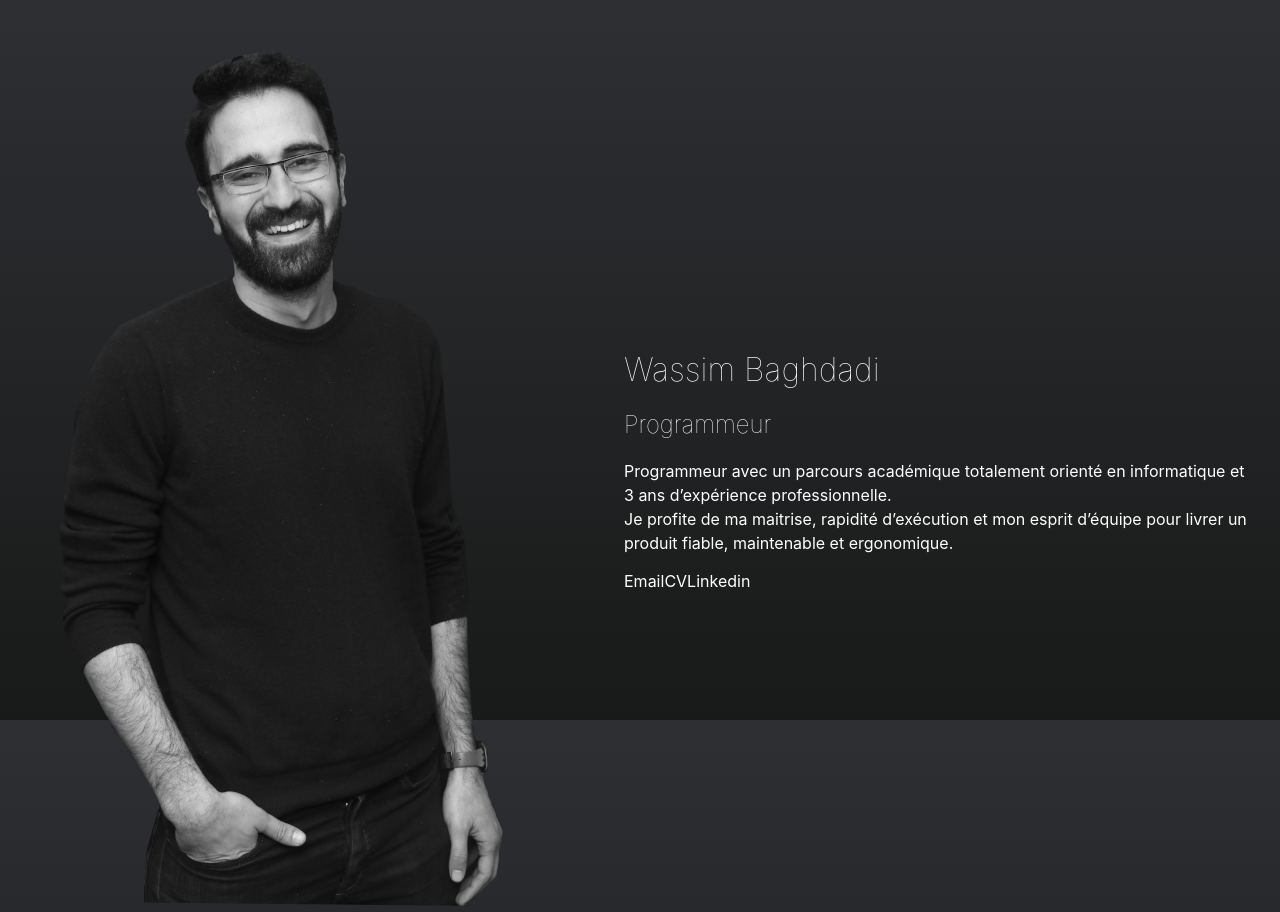
Repository: vvassim-baghdadi/wassimbaghdadi
Page: /
These files come from the project's save history. The page is drawn as it stood at one moment and after the next save; the edit follows.
The browser window is 1280 px wide. The pictures show the whole page.
The project was rebuilt for these pictures with package versions that can differ from the ones it lists, and the page was loaded fresh each time. The framework's server and built-in components were replaced by stand-ins that run in the browser. Also part of the build but not shown: next.config.js.

Above is the page before, as saved 2023-01-18 12:17:56.

### src/pages/index.tsx
import Head from 'next/head'
import Image from 'next/image'
import { Inter } from '@next/font/google'
import styles from '../styles/Home.module.css'

const inter = Inter({ subsets: ['latin'] })

export default function Home() {
  return (
    <>
      <Head>
        <title>Wassim Baghdadi</title>
        <meta name="description" content="Generated by create next app" />
        <meta name="viewport" content="width=device-width, initial-scale=1" />
        <link rel="icon" href="/favicon.ico" />
      </Head>
      <main>
        <div className={styles.content}>
        <div className={styles['image-container']}>
          <img
            srcSet="
              /assets/images/wassim-baghdadi/wassim-baghdadi-600x900.png 600w,
              /assets/images/wassim-baghdadi/wassim-baghdadi-200x300.png 200w
            "
            sizes="(max-width: 600px) 200px, 600px"
            src="/assets/images/wassim baghdadi/Wassim Baghdadi 600x900.png"
            loading="lazy"
            alt="Wassim Baghdadi Photo"
          />
        </div>
        <div className={styles.info}>
          <h1>Wassim Baghdadi</h1>
          <h2>Programmeur</h2>
          <p>
            Programmeur avec un parcours académique totalement orienté en
            informatique et 3 ans d’expérience professionnelle.
            <br />
            Je profite de ma maitrise, rapidité d’exécution et mon esprit
            d’équipe pour livrer un produit fiable, maintenable et ergonomique.
          </p>
          <div className="links">
            <a
              className="button"
              href="mailto:vvassim.baghdadi@gmail.com"
              download
              target="_blank"
              >Email</a
            ><a
              className="button"
              href="./assets/files/CV-Wassim Baghdadi.pdf"
              download
              target="_blank"
              >CV</a
            >
            <a
              className="button"
              href="https://www.linkedin.com/in/wassim-baghdadi-7459b210a/"
              >Linkedin</a
            >
          </div>
        </div>
      </div>

      </main>
    </>
  )
}

### src/styles/globals.css
html {
  width: 100%;
  height: 100%;
  background-color: black;
  background-image: linear-gradient(180deg, #2e2f33 0%, #181a19 100%);
}
body {
  color: white;
  font-family: -apple-system, BlinkMacSystemFont, "Segoe UI", "Ubuntu", "Roboto",
    "Oxygen", "Helvetica Neue", Arial, sans-serif;
}
main {
  display: flex;
  justify-content: center;
}
h1,
h2 {
  font-weight: lighter;
}
a {
  color: white;
  text-decoration: none;
}
p {
  line-height: 1.5;
}

### src/styles/Home.module.css
/* Custom elements */
.button {
  text-transform: uppercase;
  padding: 0.5rem;
  border: 1px solid white;
  width: fit-content;
}
.content {
  display: flex;
}
@media screen and (max-width: 599px) {
  .content {
    flex-direction: column;
    justify-content: center;
  }
  .image-container {
    display: flex;
    justify-content: center;
  }
}
@media screen and (min-width: 600px) {
  .content {
    max-width: 1440px;
    flex-direction: row;
    justify-content: center;
    align-items: center;
  }
}
.info {
  padding: 1rem;
}
.links {
  display: flex;
}
.links > *:not(:first-child) {
  margin-left: 1rem;
}

Loaded but not shown: src/pages/_app.tsx (common file); src/pages/_document.tsx (common file)

After the next save:
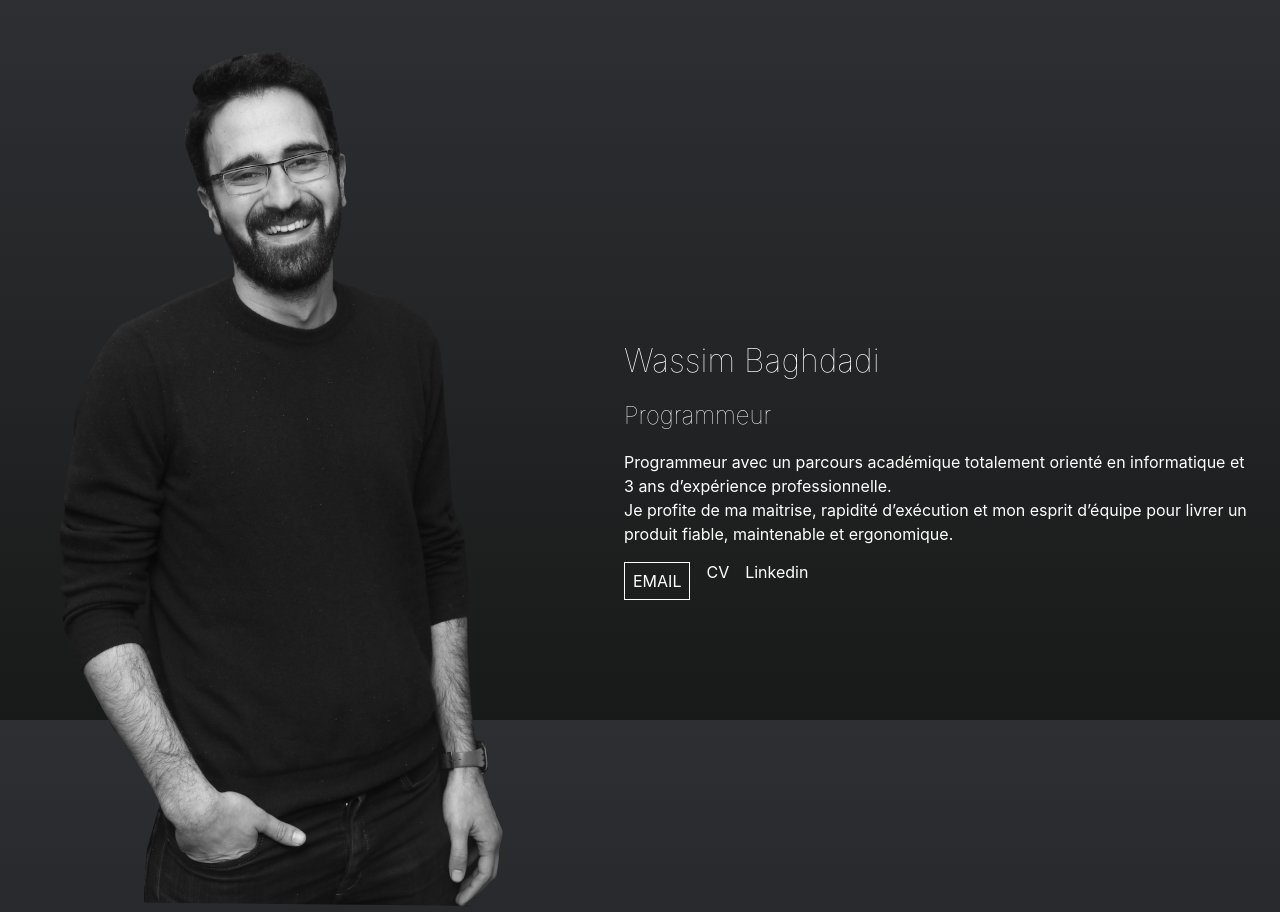
Saved 30 s later.
--- a/src/pages/index.tsx
+++ b/src/pages/index.tsx
@@ -38,9 +38,9 @@ export default function Home() {
             Je profite de ma maitrise, rapidité d’exécution et mon esprit
             d’équipe pour livrer un produit fiable, maintenable et ergonomique.
           </p>
-          <div className="links">
+          <div className={styles.links}>
             <a
-              className="button"
+              className={styles.button}
               href="mailto:vvassim.baghdadi@gmail.com"
               download
               target="_blank"
